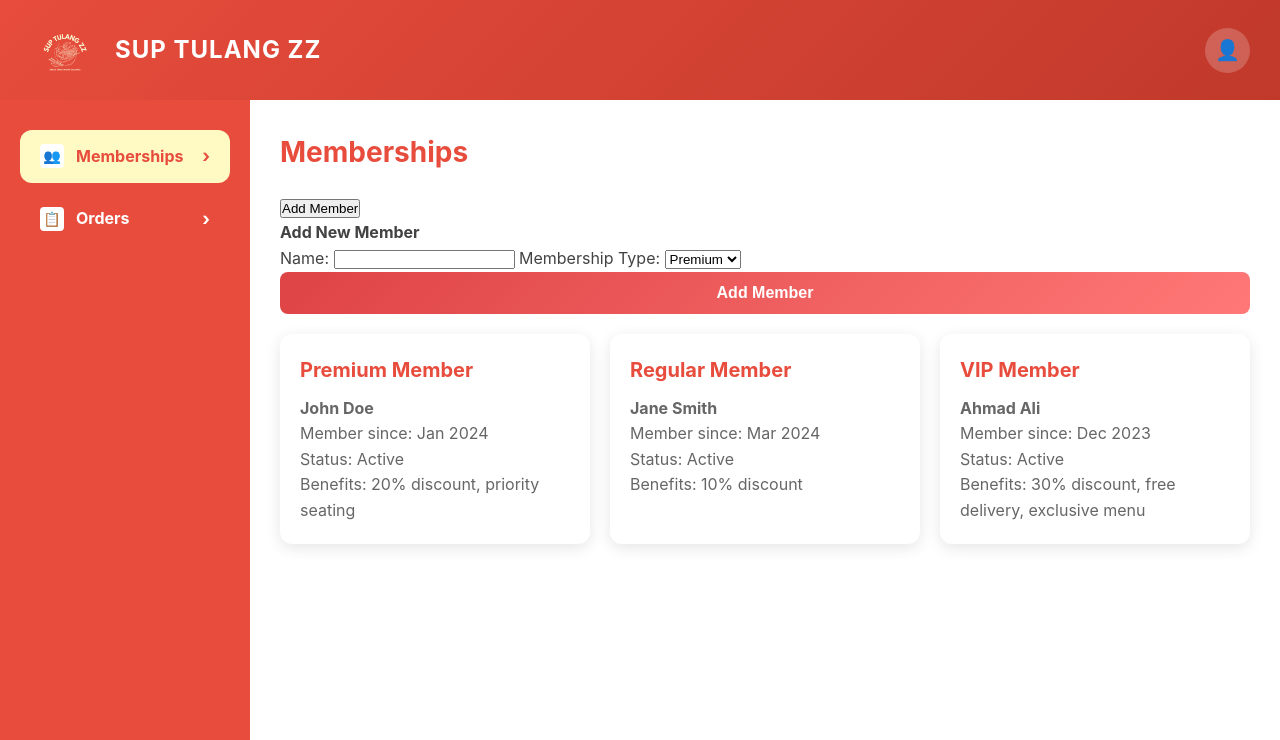
Repository: YIsheng2002/web-frontend
Page: view/Staff/dashboardstaff.html
An editor plug-in stored every save of this project. The page is shown before and after the next save, followed by the edit.
The browser window is 1280 px wide. The pictures show the whole page.

Above is the page before, as saved 2025-06-12 15:23:12.

### view/Staff/dashboardstaff.html
<!DOCTYPE html>
<html lang="en">

<head>
    <meta charset="UTF-8">
    <meta name="viewport" content="width=device-width, initial-scale=1.0">
    <title>SUP TULANG ZZ</title>
    <link rel="stylesheet" href="../Staff/assets/css/main.css">
    <link rel="stylesheet" href="../../assets/css/main.css">
    <link rel="stylesheet" href="./assets/css/dashboardStaff.css">
    <script src="./assets/javascript/dashboardStaff.js"></script>

</head>

<body>
    <!-- Header -->
    <header class="header">
        <div class="logo-section">
            <img src="../../assets/images/logo.png" alt="Logo" class="logo">
            <h1 class="brand-name">SUP TULANG ZZ</h1>
        </div>

        <div class="user-menu">
            <div class="user-avatar" onclick="toggleDropdown()">
                👤
            </div>
            <div class="dropdown-menu" id="userDropdown">
                <a href="#" class="dropdown-item" onclick="showProfile()">
                    👤 Profile
                </a>
                <a href="#" class="dropdown-item" onclick="showSettings()">
                    ⚙️ Settings
                </a>
                <a href="#" class="dropdown-item" onclick="showOrders()">
                    📋 Orders
                </a>
                <a href="#" class="dropdown-item" onclick="showReports()">
                    📊 Reports
                </a>
                <hr style="margin: 8px 0; border: none; border-top: 1px solid #eee;">
                <a href="#" class="dropdown-item danger" onclick="logout()">
                    🚪 Logout
                </a>
            </div>
        </div>
    </header>

    <div class =" dashboard-container">
         <!-- Sidebar -->
        <div class="sidebar">
            <ul class="sidebar-menu">
                <li class="sidebar-item">
                    <a href="#" class="sidebar-link active" onclick="showMembership(event)">
                        <div class="sidebar-icon">👥</div>
                        <span class="sidebar-text">Memberships</span>
                        <span class="sidebar-arrow">›</span>
                    </a>
                </li>
                <li class="sidebar-item">
                    <a href="#" class="sidebar-link" onclick="showOrders(event)">
                        <div class="sidebar-icon">📋</div>
                        <span class="sidebar-text">Orders</span>
                        <span class="sidebar-arrow">›</span>
                    </a>
                </li>
            </ul>
        </div>
        <!-- Main Content -->
        <div class="main-content active" id="membership">
            <h3>Memberships</h3>
            <button class="add-member-btn" onclick="addMember()">Add Member</button>
            <div id="membershipForm" class="membership-form hidden">
                <h4>Add New Member</h4>
                <form id="addMemberForm">
                    <label for="memberName">Name:</label>
                    <input type="text" id="memberName" name="memberName" required>
                    <label for="memberType">Membership Type:</label>
                    <select id="memberType" name="memberType" required>
                        <option value="premium">Premium</option>
                        <option value="regular">Regular</option>
                        <option value="vip">VIP</option>
                    </select>
                    <button type="submit" class="btn-primary">Add Member</button>
                </form>

            <div class="membership-cards">
                <div class="membership-card">
                    <div class="membership-title">Premium Member</div>
                    <div class="membership-details">
                        <p><strong>John Doe</strong></p>
                        <p>Member since: Jan 2024</p>
                        <p>Status: Active</p>
                        <p>Benefits: 20% discount, priority seating</p>
                    </div>
                </div>
                <div class="membership-card">
                    <div class="membership-title">Regular Member</div>
                    <div class="membership-details">
                        <p><strong>Jane Smith</strong></p>
                        <p>Member since: Mar 2024</p>
                        <p>Status: Active</p>
                        <p>Benefits: 10% discount</p>
                    </div>
                </div>
                <div class="membership-card">
                    <div class="membership-title">VIP Member</div>
                    <div class="membership-details">
                        <p><strong>Ahmad Ali</strong></p>
                        <p>Member since: Dec 2023</p>
                        <p>Status: Active</p>
                        <p>Benefits: 30% discount, free delivery, exclusive menu</p>
                    </div>
                </div>
            </div>
        </div>
         <div class="main-content" id="orders">
            <h3>Orders</h3>
            <div class="order-list">
                <div class="order-item">
                    <span class="order-id">Order #12345</span>
                    <span class="order-status pending">Pending</span>
                </div>
                <div class="order-item">
                    <span class="order-id">Order #12346</span>
                    <span class="order-status completed">Completed</span>
                </div>
                <div class="order-item">
                    <span class="order-id">Order #12347</span>
                    <span class="order-status pending">Pending</span>
                </div>
                <div class="order-item">
                    <span class="order-id">Order #12348</span>
                    <span class="order-status cancelled">Cancelled</span>
                </div>
            </div>
        </div>

</body>

</html>

### view/Staff/assets/css/main.css
* {
    margin: 0;
    padding: 0;
    box-sizing: border-box;
}

body {
    font-family: -apple-system, BlinkMacSystemFont, 'Segoe UI', Roboto, sans-serif;
    line-height: 1.6;
    color: #333;
    background-color: #f5f5f5;
}

.btn-primary {
    background: linear-gradient(135deg, #667eea 0%, #764ba2 100%);
    color: white;
    border: none;
    padding: 12px 24px;
    border-radius: 8px;
    font-size: 16px;
    font-weight: 600;
    cursor: pointer;
    transition: all 0.3s ease;
    width: 100%;
}

.btn-primary:hover {
    transform: translateY(-2px);
    box-shadow: 0 8px 25px rgba(102, 126, 234, 0.3);
}

.btn-primary:active {
    transform: translateY(0);
}

### assets/css/main.css
:root{
    --primary-color: #DE4345;
    --secondary-color: #F8FAD4;
    --white-color: #FFFFFF;
    --header-font-color: #212121;
    --header6-font-color: #424242;
    --light-red: #FF7877;
}

* {
    margin: 0;
    padding: 0;
    box-sizing: border-box;
}

body {
    font-family: -apple-system, BlinkMacSystemFont, 'Segoe UI', Roboto, sans-serif;
    line-height: 1.6;
    color: var(--header6-font-color);
    background-color: #f5f5f5;
}

.btn-primary {
    background: linear-gradient(135deg, var(--primary-color) 0%, var(--light-red) 100%);
    color: white;
    border: none;
    padding: 12px 24px;
    border-radius: 8px;
    font-size: 16px;
    font-weight: 600;
    cursor: pointer;
    transition: all 0.3s ease;
    width: 100%;
}

.btn-primary:hover {
    transform: translateY(-5px);
    box-shadow: 0 8px 25px rgba(253, 114, 92, 0.22);
}

.btn-primary:active {
    transform: translateY(0);
}

/* Header Styles */
.header {
    background: linear-gradient(135deg, #e74c3c, #c0392b);
    color: white;
    padding: 15px 30px;
    display: flex;
    justify-content: space-between;
    align-items: center;
    box-shadow: 0 2px 10px rgba(0,0,0,0.1);
}

.logo-section {
    display: flex;
    align-items: center;
    gap: 15px;
}

.logo {
    width: 70px;
    height: 70px;
    display: flex;
    align-items: center;
    justify-content: center;
    font-weight: bold;
    font-size: 18px;
}

.brand-name {
    font-size: 28px;
    font-weight: bold;
    letter-spacing: 1px;
}

### view/Staff/assets/css/dashboardStaff.css
/* Reset and Base Styles - Using your main.css */


.brand-name {
    color: white;
    font-size: 24px;
    font-weight: bold;
}

/* User Menu */
.user-menu {
    position: relative;
}

.user-avatar {
    width: 45px;
    height: 45px;
    background: rgba(255, 255, 255, 0.2);
    border-radius: 50%;
    display: flex;
    align-items: center;
    justify-content: center;
    cursor: pointer;
    transition: all 0.3s ease;
    font-size: 20px;
    color: white;
}

.user-avatar:hover {
    background: rgba(255, 255, 255, 0.3);
    transform: scale(1.05);
}

.dropdown-menu {
    position: absolute;
    top: 100%;
    right: 0;
    background: white;
    border-radius: 12px;
    box-shadow: 0 10px 30px rgba(0, 0, 0, 0.15);
    padding: 12px 0;
    min-width: 180px;
    opacity: 0;
    visibility: hidden;
    transform: translateY(-10px);
    transition: all 0.3s ease;
    z-index: 1000;
    margin-top: 10px;
}

.dropdown-menu.show {
    opacity: 1;
    visibility: visible;
    transform: translateY(0);
}

.dropdown-item {
    display: block;
    padding: 12px 20px;
    color: #333;
    text-decoration: none;
    transition: background 0.3s ease;
    display: flex;
    align-items: center;
    gap: 10px;
}

.dropdown-item:hover {
    background: #f8f9fa;
}

.dropdown-item.danger:hover {
    background: #fee;
    color: #e74c3c;
}


/* Main Layout */
.dashboard-container {
    display: flex;
    height: calc(100vh - 80px);
}

/* Sidebar */
.sidebar {
    width: 250px;
    background-color: #e74c3c;
    padding: 20px 0;
}

.sidebar-menu {
    list-style: none;
    padding: 0;
    margin: 0;
}

.sidebar-item {
    margin: 10px 0;
    padding: 0 20px;
}

.sidebar-link {
    display: flex;
    align-items: center;
    justify-content: space-between;
    text-decoration: none;
    padding: 12px 20px;
    font-size: 16px;
    font-weight: bold;
    border-radius: 12px;
    transition: all 0.3s ease;
    color: #fff;
    background-color: transparent;
}

.sidebar-link:hover {
    background-color: rgba(255, 255, 255, 0.1);
}

.sidebar-link.active {
    background-color: #fff9c4;
    color: #e74c3c;
}

.sidebar-icon {
    width: 24px;
    height: 24px;
    margin-right: 12px;
    background: #fff;
    border-radius: 4px;
    display: flex;
    align-items: center;
    justify-content: center;
    font-size: 14px;
}

.sidebar-text {
    flex-grow: 1;
}

.sidebar-arrow {
    font-size: 18px;
    margin-left: 12px;
}

/* Main Content */
.main-content {
    flex: 1;
    padding: 30px;
    background: white;
    overflow-y: auto;
    display: none;
}

.main-content.active {
    display: block;
}

.main-content h3 {
    color: #e74c3c;
    margin-bottom: 20px;
    font-size: 28px;
}

/* Membership Content */
.membership-cards {
    display: grid;
    grid-template-columns: repeat(auto-fit, minmax(300px, 1fr));
    gap: 20px;
    margin-top: 20px;
}

.membership-card {
    background: white;
    border-radius: 12px;
    padding: 20px;
    box-shadow: 0 4px 15px rgba(0, 0, 0, 0.1);
    transition: transform 0.3s ease;
}

.membership-card:hover {
    transform: translateY(-5px);
}

.membership-title {
    font-size: 20px;
    font-weight: bold;
    color: #e74c3c;
    margin-bottom: 10px;
}

.membership-details {
    color: #666;
    line-height: 1.6;
}

/* Orders Content */
.order-list {
    margin-top: 20px;
}

.order-item {
    background: white;
    border-radius: 12px;
    padding: 20px;
    margin-bottom: 15px;
    box-shadow: 0 4px 15px rgba(0, 0, 0, 0.1);
    display: flex;
    justify-content: space-between;
    align-items: center;
    transition: transform 0.3s ease;
}

.order-item:hover {
    transform: translateY(-2px);
}

.order-id {
    font-weight: bold;
    color: #333;
}

.order-status {
    padding: 8px 16px;
    border-radius: 20px;
    font-size: 14px;
    font-weight: bold;
}

.order-status.pending {
    background: #fff3cd;
    color: #856404;
}

.order-status.completed {
    background: #d4edda;
    color: #155724;
}

.order-status.cancelled {
    background: #f8d7da;
    color: #721c24;
}

.add-membership-btn {
    background-color: #e74c3c;
    color:white;
    padding: 10px 20px;
    border: none;
    border-radius: 8px;
    font-size: 14px;
    font-weight: bold;
    cursor: pointer;
    transition: background-color 0.3s ease;
    float: right; /* This makes it right-aligned */
    margin-bottom: 20px;

}
.add-membership-btn:hover {
    background-color: #cf4436; /* slightly darker on hover */
}

.add-membership-btn:active {
    transform: translateY(1px);
}

/* Responsive Design */
@media (max-width: 768px) {
    .dashboard-container {
        flex-direction: column;
    }

    .sidebar {
        width: 100%;
        height: auto;
        padding: 10px 0;
    }

    .sidebar-menu {
        display: flex;
        overflow-x: auto;
    }

    .sidebar-item {
        flex: 0 0 auto;
        margin: 0 5px;
    }

    .main-content {
        padding: 20px;
    }

    .membership-cards {
        grid-template-columns: 1fr;
    }
}

### view/Staff/assets/javascript/dashboardStaff.js
// Dropdown functionality
function toggleDropdown() {
    const dropdown = document.getElementById('userDropdown');
    dropdown.classList.toggle('show');
}

// Close dropdown when clicking outside
document.addEventListener('click', function (event) {
    const userMenu = document.querySelector('.user-menu');
    const dropdown = document.getElementById('userDropdown');

    if (!userMenu.contains(event.target)) {
        dropdown.classList.remove('show');
    }
});

// Page navigation
function showPage(pageId, clickedElement) {
    // Hide all pages
    document.querySelectorAll('.main-content').forEach(page => {
        page.classList.remove('active');
    });

    // Show selected page
    const targetPage = document.getElementById(pageId);
    if (targetPage) {
        targetPage.classList.add('active');
    }

    // Remove active class from all sidebar links
    document.querySelectorAll('.sidebar-link').forEach(link => {
        link.classList.remove('active');
    });

    // Add active class to clicked element
    if (clickedElement) {
        clickedElement.classList.add('active');
    }
}

// Sidebar navigation functions
function showMembership(event) {
    event.preventDefault();
    showPage('membership', event.currentTarget);
}

function showOrders(event) {
    event.preventDefault();
    showPage('orders', event.currentTarget);
}

// User menu actions
function showProfile() {
    alert('Profile page - Coming soon!');
    toggleDropdown();
}

function showSettings() {
    alert('Settings page - Coming soon!');
    toggleDropdown();
}

function showOrdersFromDropdown() {
    showPage('orders');
    // Also update sidebar active state
    document.querySelectorAll('.sidebar-link').forEach(link => {
        link.classList.remove('active');
    });
    const ordersLink = document.querySelector('[onclick="showOrders(event)"]');
    if (ordersLink) {
        ordersLink.classList.add('active');
    }
    toggleDropdown();
}

function showReports() {
    alert('Reports page - Coming soon!');
    toggleDropdown();
}

function logout() {
    if (confirm('Are you sure you want to logout?')) {
        alert('Logged out successfully!');
        // Add your logout logic here
        // For example: window.location.href = '/login.html';
    }
    toggleDropdown();
}

// Initialize dashboard when page loads
document.addEventListener('DOMContentLoaded', function() {
    console.log('Dashboard loaded successfully!');

    // You can add any initialization code here
    // For example, loading data from API, setting up event listeners, etc.
});

// Utility function to add new membership card
function addMembershipCard(memberData) {
    const membershipCards = document.querySelector('.membership-cards');
    const cardHTML = `
        <div class="membership-card">
            <div class="membership-title">${memberData.type} Member</div>
            <div class="membership-details">
                <p><strong>${memberData.name}</strong></p>
                <p>Member since: ${memberData.joinDate}</p>
                <p>Status: ${memberData.status}</p>
                <p>Benefits: ${memberData.benefits}</p>
            </div>
        </div>
    `;
    membershipCards.insertAdjacentHTML('beforeend', cardHTML);
}

// Utility function to add new order
function addOrderItem(orderData) {
    const orderList = document.querySelector('.order-list');
    const orderHTML = `
        <div class="order-item">
            <span class="order-id">Order #${orderData.id}</span>
            <span class="order-status ${orderData.status.toLowerCase()}">${orderData.status}</span>
        </div>
    `;
    orderList.insertAdjacentHTML('beforeend', orderHTML);
}

function handleAddMember(){
    const form = document.getElementById('addMemberForm');
    form.style.display = form.style.display === "none" ? "block" : "none";

}

// Example usage:
// addMembershipCard({
//     type: 'Gold',
//     name: 'Sarah Johnson',
//     joinDate: 'May 2024',
//     status: 'Active',
//     benefits: '25% discount, free appetizer'
// });

// addOrderItem({
//     id: '12349',
//     status: 'Completed'
// });

After the next save:
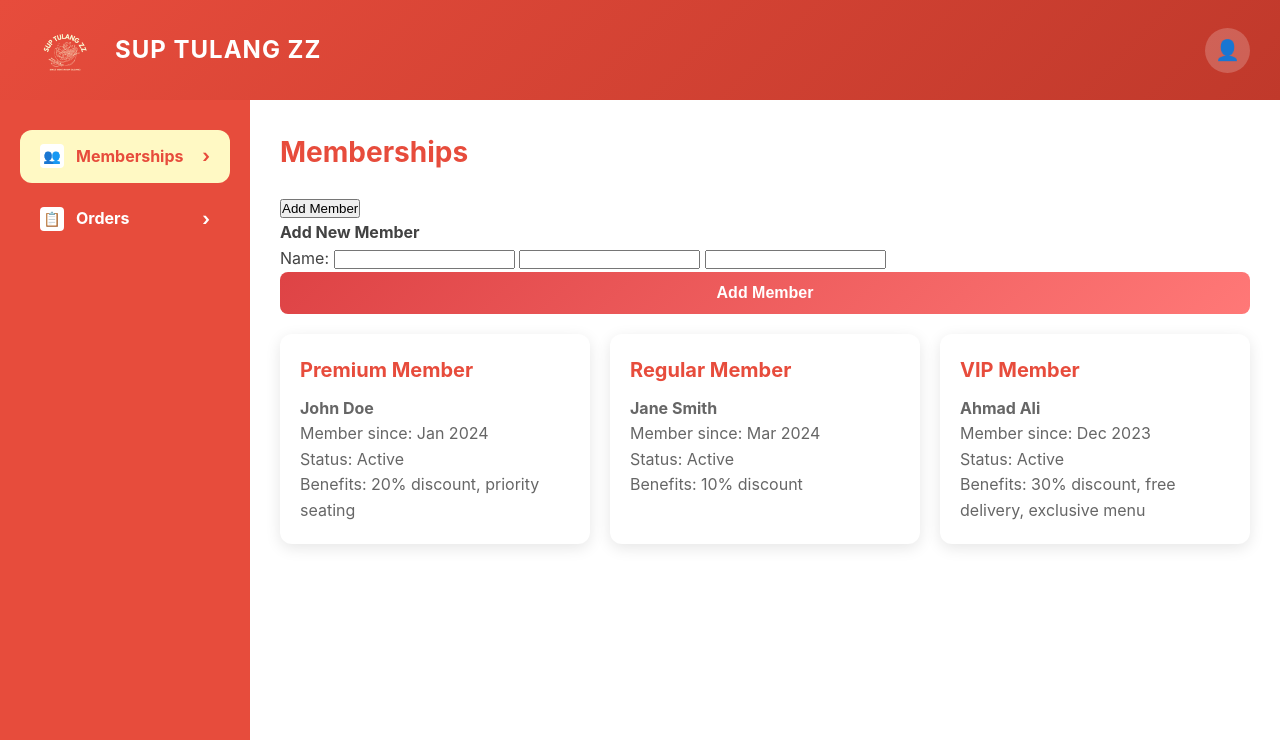
Saved 2 min 0 s later.
--- a/view/Staff/dashboardstaff.html
+++ b/view/Staff/dashboardstaff.html
@@ -74,12 +74,8 @@
                 <form id="addMemberForm">
                     <label for="memberName">Name:</label>
                     <input type="text" id="memberName" name="memberName" required>
-                    <label for="memberType">Membership Type:</label>
-                    <select id="memberType" name="memberType" required>
-                        <option value="premium">Premium</option>
-                        <option value="regular">Regular</option>
-                        <option value="vip">VIP</option>
-                    </select>
+                    <input type="email" id="memberEmail" name="memberEmail" required>
+                    <input type="phone number" id="memberphonenumber" name="memberphonenumber" required>
                     <button type="submit" class="btn-primary">Add Member</button>
                 </form>
 
